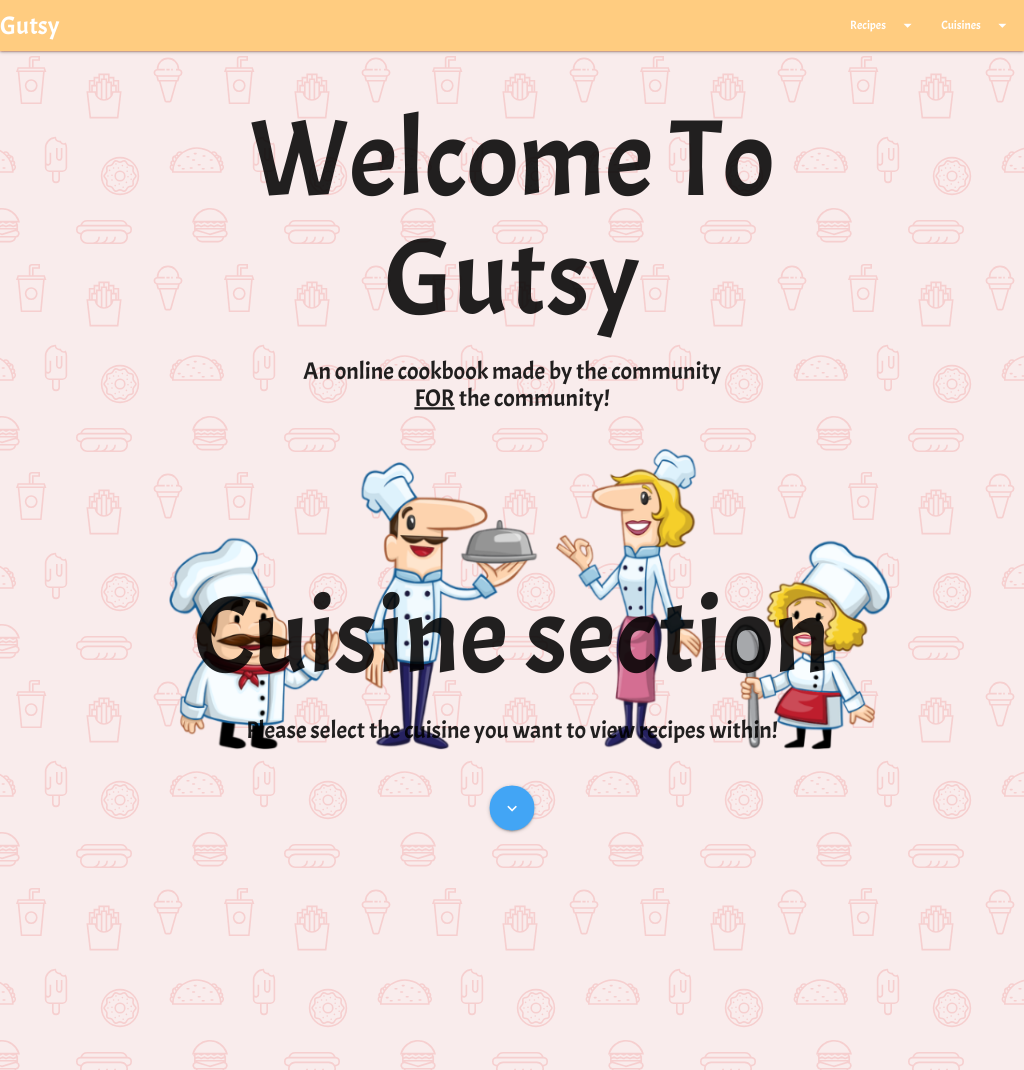
Repository: connor-blackburn/gutsy
Page: http://localhost/
The author's editor kept a record of every edit. The page is drawn from the files as they stood at one moment, then again after the next edit.
The browser window is 1280 px wide. The pictures show the whole page, at 80% of full size.
The page is served by the project's application, run on Flask 3 (app.py). Queries for data that is not in the repository find no rows.

Above is the page before.

### templates/index.html
{% extends 'base.html' %} {% block content %}

<div class="container">
<!-- above the fold content on homepage-->
    <div class="row center-align heading">
        <h1>Welcome To Gutsy</h1>
        <h5>An online cookbook made by the community <br/> <u>FOR</u> the community!</h5>
        <div class="hero_image">
            <img src="static/images/chefs.png">
        </div>
        <a class="btn-floating btn-large waves-effect waves-light blue lighten-1 pulse" href="#cuisine_section"><i class="material-icons">expand_more</i></a>
    </div>
<!-- // -->

    <div id="cuisine_section" class="row flexContainer center-align">
        <div class="heading">
            <h1>Cuisine section</h1>
            <h5>Please select the cuisine you want to view recipes within!</h5>
        </div>
        {% for cuisine in cuisines %}
        <div class="col s12 m4 cardBox flexItem">
            <div class="card blue lighten-5 z-depth-2">
                <div class="card-content white-text">
                    <span class="card-title black-text center-align">{{cuisine.cuisine_name}}</span>
                </div>
                <div class="card-action center-align">
                    <a href="{{url_for('recipe_display', cuisine_id=cuisine._id)}}" class="waves-effect waves-light btn-small green lighten-1">View {{cuisine.cuisine_name}} Recipes!</a>
                </div>
            </div>
        </div>
        {% endfor %}
    </div>
</div>
{% endblock %}

### templates/base.html
<!DOCTYPE html>
<html>

<head>
    <meta charset="UTF-8">
    <meta name="viewport" content="width=device-width, initial-scale=1.0">
    <meta http-equiv="X-UA-Compatible" content="ie=edge">
    <link rel="stylesheet" href="{{ url_for('static', filename='css/style.css') }}" type="text/css" />
    <link href="https://fonts.googleapis.com/icon?family=Material+Icons" rel="stylesheet">
    <link rel="stylesheet" href="https://cdnjs.cloudflare.com/ajax/libs/materialize/1.0.0/css/materialize.min.css">
    <link href="https://fonts.googleapis.com/css?family=Acme&display=swap" rel="stylesheet">
</head>

<body>
    <header>
        <ul id="dropdown1" class="dropdown-content">
            <li><a href="{{url_for('get_recipes_step_one')}}">Edit Recipes</a></li>
            <li class="divider"></li>
            <li><a href="{{url_for('create_recipe')}}">Create Recipes</a></li>
        </ul>
        <ul id="dropdown2" class="dropdown-content">
            <li><a href="{{url_for('edit_cuisine_homepage')}}">Edit Cuisines</a></li>
            <li class="divider"></li>
            <li><a href="{{url_for('create_cuisine')}}">Create Cuisines</a></li>
        </ul>
        <ul id="dropdown3" class="dropdown-content">
            <li><a href="{{url_for('get_recipes_step_one')}}">Edit Recipes</a></li>
            <li class="divider"></li>
            <li><a href="{{url_for('create_recipe')}}">Create Recipes</a></li>
        </ul>
        <ul id="dropdown4" class="dropdown-content">
            <li><a href="{{url_for('edit_cuisine_homepage')}}">Edit Cuisines</a></li>
            <li class="divider"></li>
            <li><a href="{{url_for('create_cuisine')}}">Create Cuisines</a></li>
        </ul>
        <nav>
            <div class="nav-wrapper orange lighten-3">
                <a href="{{ url_for('home') }}" class="brand-logo">Gutsy</a>
                <a href="#" data-target="mobile-demo" class="sidenav-trigger"><i class="material-icons">menu</i></a>
                <ul class="right hide-on-med-and-down">
                    <li><a class="dropdown-trigger" href="#!" data-target="dropdown1">Recipes<i class="material-icons right">arrow_drop_down</i></a></li>
                    <li><a class="dropdown-trigger" href="#!" data-target="dropdown2">Cuisines<i class="material-icons right">arrow_drop_down</i></a></li>
                </ul>
            </div>
        </nav>

        <ul class="sidenav" id="mobile-demo">
            <li><a class="dropdown-trigger" href="#!" data-target="dropdown3">Recipes<i class="material-icons right">arrow_drop_down</i></a></li>
            <li><a class="dropdown-trigger" href="#!" data-target="dropdown4">Cuisines<i class="material-icons right">arrow_drop_down</i></a></li>
        </ul>
    </header>
    {% block content %} {% endblock %}

    <script type="text/javascript" src="https://cdnjs.cloudflare.com/ajax/libs/jquery/3.4.1/jquery.min.js"></script>
    <script src="https://cdnjs.cloudflare.com/ajax/libs/materialize/1.0.0/js/materialize.min.js"></script>
    <script type="text/javascript">
        $(document).ready(function() {
            $('.dropdown-trigger').dropdown();
            $('.collapsible').collapsible();
            $('.sidenav').sidenav();
            $('select').formSelect();
            // $('body').css('display', 'none');
            //$('body').fadeIn(1800);
        });
    </script>


</body>

</html>

### app.py
import os
from flask import Flask, render_template, redirect, request, url_for
from flask_pymongo import PyMongo
from bson.objectid import ObjectId

app = Flask(__name__)

app.config["MONGO_DBNAME"] = 'cookbook'
app.config["MONGO_URI"] = os.environ.get('MONGO_URI')

mongo = PyMongo(app)

# Home Page - Index
@app.route('/')
@app.route('/home')
def home():
    return render_template('index.html',
    cuisines=mongo.db.cuisines.find())

# Create Cuisine Page - Short Form
@app.route('/create_cuisine')
def create_cuisine():
    return render_template('create_cuisine.html',
    cuisines=mongo.db.cuisines.find())

# Inserts New Cuisine To Site & Redirects Back To Cuisine Homepage
@app.route('/insert_cuisine', methods=['POST'])
def insert_cuisine():
    cuisines = mongo.db.cuisines
    cuisines.insert_one(request.form.to_dict())
    return redirect(url_for('edit_cuisine_homepage'))

# Edit Cuisine Homepage - Shows Collection For User Choice
@app.route('/edit_cuisine_homepage')
def edit_cuisine_homepage():
    return render_template('edit_cuisine_homepage.html',
    cuisines=mongo.db.cuisines.find())

# Edit Cuisine Page, Cuisine Title Altered Here
@app.route('/edit_cuisine/<cuisine_id>')
def edit_cuisine(cuisine_id):
    return render_template('edit_cuisine.html',
    cuisines=mongo.db.cuisines.find_one({'_id': ObjectId(cuisine_id)}))

# Confirms Cuisine Change & Redirects Back To Cuisine Homepage
@app.route('/update_cuisine/<cuisine_id>', methods=['POST'])
def update_cuisine(cuisine_id):
    mongo.db.cuisines.update(
        {'_id': ObjectId(cuisine_id)},
        {'cuisine_name': request.form.get('cuisine_name')})
    return redirect(url_for('edit_cuisine_homepage'))

# Confirms Cuisine Deletion & Redirects Back To Cuisine Homepage
@app.route('/delete_cuisine/<cuisine_id>')
def delete_cuisine(cuisine_id):
    mongo.db.cuisines.remove({'_id': ObjectId(cuisine_id)}),
    return redirect(url_for('edit_cuisine_homepage'))

# Displays Correct Recipe In Relation To Cuisine Chosen
@app.route('/recipe_display/<cuisine_id>')
def recipe_display(cuisine_id):
    return render_template('recipe_display.html',
    recipes=mongo.db.recipes.find(),
    difficulties=mongo.db.difficulties.find(),
    serves=mongo.db.serves.find(),
    cuisines=mongo.db.cuisines.find_one({'_id': ObjectId(cuisine_id)}))

# Displays Cuisines So Users Can Narrow Recipe Search Efficiently
@app.route('/get_recipes_step_one')
def get_recipes_step_one():
    return render_template('get_recipes_step_one.html',
    cuisines=mongo.db.cuisines.find())

# Displays Recipes With Edit & Delete Buttons For User
@app.route('/get_recipes_step_two/<cuisine_id>')
def get_recipes_step_two(cuisine_id):
    return render_template('get_recipes_step_two.html',
    recipes=mongo.db.recipes.find(),
    cuisines=mongo.db.cuisines.find_one({'_id': ObjectId(cuisine_id)}))

# Confirms Cuisine Deletion & Redirects Back To Recipe Step One
@app.route('/delete_recipe/<recipe_id>')
def delete_recipe(recipe_id):
    mongo.db.recipes.remove({'_id': ObjectId(recipe_id)}),
    return redirect(url_for('get_recipes_step_one'))

#SPACE FOR RECIPE EDIT

# Allows User To Fill Form Creating New Recipe
@app.route('/create_recipe')
def create_recipe():
    return render_template('create_recipe.html',
    recipes=mongo.db.recipes.find(),
    cuisines=mongo.db.cuisines.find(),
    difficulties=mongo.db.difficulties.find(),
    serves=mongo.db.serves.find())

# This Allows The Form To Update Theh Database
@app.route('/insert_recipe', methods=['POST'])
def insert_recipe():
    recipes = mongo.db.recipes
    recipes.insert_one(request.form.to_dict())
    return redirect(url_for('create_recipe'))

# This Offers A User A Form With Dynamically Loaded Content To Edit
@app.route('/edit_recipe/<recipe_id>')
def edit_recipe(recipe_id):
    recipes = mongo.db.recipes.find_one({"_id": ObjectId(recipe_id)})
    cuisine = mongo.db.cuisines.find()
    difficulties = mongo.db.difficulties.find()
    serves = mongo.db.serves.find()
    return render_template('edit_recipe.html', recipe=recipes,
    cuisines=cuisine, difficulties=difficulties, serves=serves)

# Confirms Recipe Change & Redirects Back To Get Recipe Step Two
@app.route('/update_recipe/<recipe_id>', methods=['POST'])
def update_recipe(recipe_id):
    recipes = mongo.db.recipes
    print(request.form.get('dish_difficulty'))
    recipes.update({'_id': ObjectId(recipe_id)},
        {
            'cuisine_name':request.form.get('cuisine_name'),
            'dish_name':request.form.get('dish_name'),
            'dish_difficulty':request.form.get('dish_difficulty'),
            'serves':request.form.get('serves'),
            'ingredient_1':request.form.get('ingredient_1'),
            'ingredient_2':request.form.get('ingredient_2'),
            'ingredient_3':request.form.get('ingredient_3'),
            'ingredient_4':request.form.get('ingredient_4'),
            'ingredient_5':request.form.get('ingredient_5'),
            'ingredient_6':request.form.get('ingredient_6'),
            'ingredient_7':request.form.get('ingredient_7'),
            'ingredient_8':request.form.get('ingredient_8'),
            'ingredient_9':request.form.get('ingredient_9'),
            'step_1':request.form.get('step_1'),
            'step_2':request.form.get('step_2'),
            'step_3':request.form.get('step_3'),
            'step_4':request.form.get('step_4'),
            'step_5':request.form.get('step_5')

        })
    return redirect(url_for('home'))

if __name__ == '__main__':
    app.run(host=os.environ.get('IP'),
        port=int(os.environ.get('PORT')),
        debug=True)

### static/css/style.css
body {
    margin: 0;
    padding: 0;
    font-family: 'Acme', sans-serif;
    background-color: #f9ecec;
    background-image: url("data:[embedded picture, 9922 characters]");

}

.heading {
    height: 80vh;
}


.container .heading h1 {
    text-align: center;
    font-size: 9em;
}

.container .heading h5 {
    font-size: 2em;
    text-align: center;
}

.cuisine_selection {
    text-align: center;
}

.cuisine_selection h1{
    font-size: 5em;
}
.hero_image {
    margin: 0;
    z-index: -1;
    text-align: center;
}

.row {
    padding: 20px;
}

After the next edit:
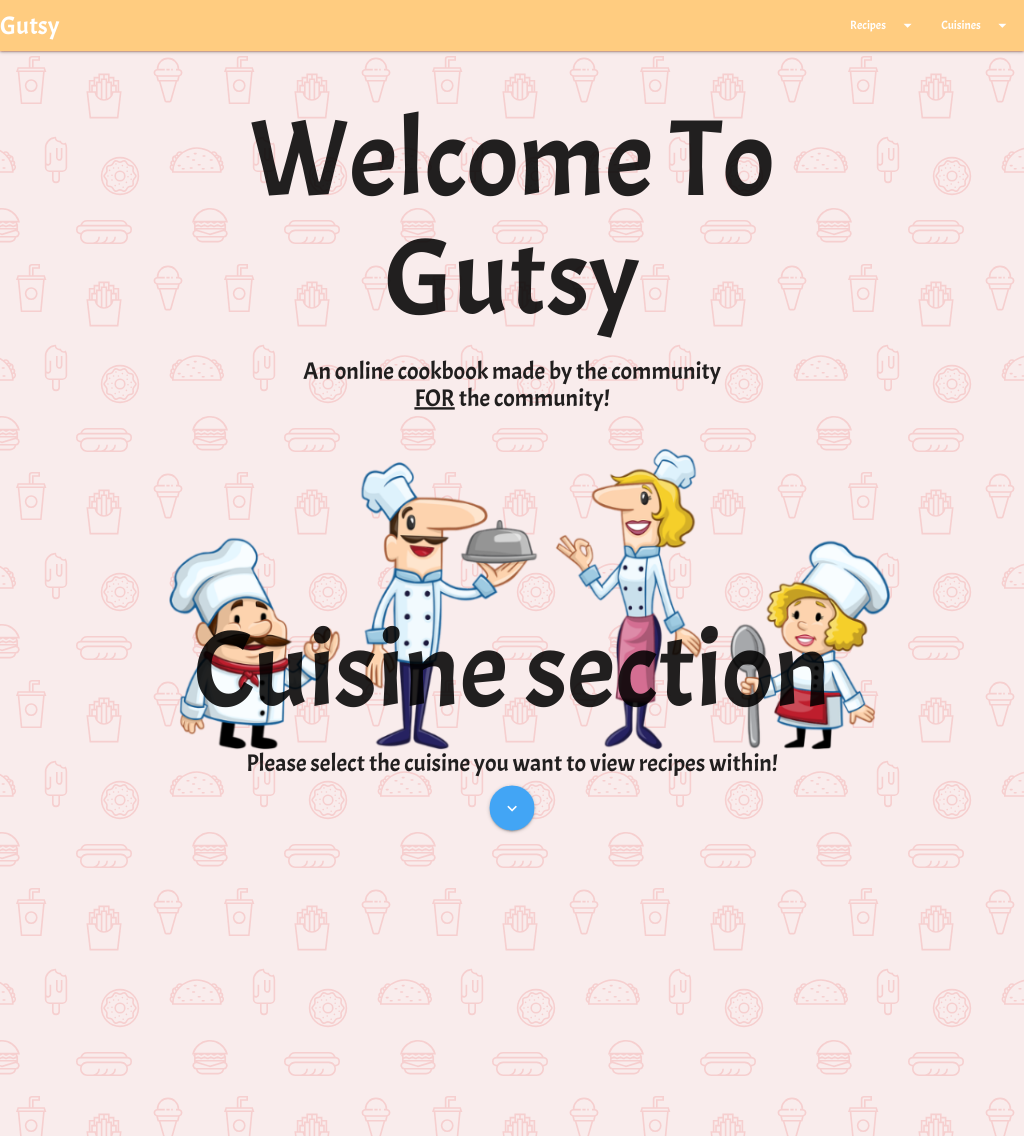
The edit:
--- a/templates/index.html
+++ b/templates/index.html
@@ -2,7 +2,8 @@
 
 <div class="container">
 <!-- above the fold content on homepage-->
-    <div class="row center-align heading">
+    <div class="row center-align">
+        <div class="heading">
         <h1>Welcome To Gutsy</h1>
         <h5>An online cookbook made by the community <br/> <u>FOR</u> the community!</h5>
         <div class="hero_image">
